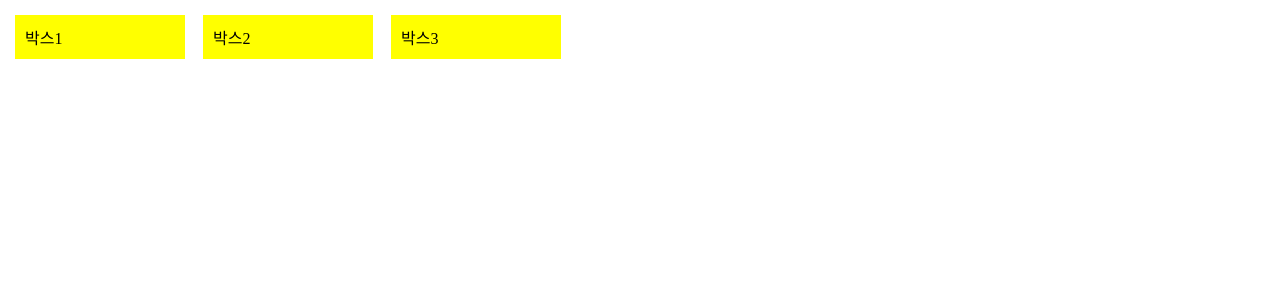
Repository: KimHeonSeung/TJE_HTML
Page: sources/day_04/WebContent/style_16.html
These files come from the project's save history. The page is drawn as it stood at one moment and after the next save; the edit follows.
The browser window is 1280 px wide. The pictures show the whole page.

Above is the page before, as saved 2019-05-15 02:08:24.

### sources/day_04/WebContent/style_16.html
<!DOCTYPE html>
<html>
<head>
<meta charset="UTF-8">
<title>display 속성</title>

<style type = "text/css">
	span {
		margin: 7px;
		padding: 10px;
		background: yellow;

		width: 150px;

		display: inline-block;
	}

	.span_1 {
		display: none;
	}
</style>

</head>
<body>
<!-- span (인라인)은 영역의 크기를 지정X 블럭태그만 가능-->
<!-- 하려면 디스플레이-인라인블럭 사용 -->

<span>박스1</span>
<span>박스2</span>
<span>박스3</span>


</body>
</html>

After the next save:
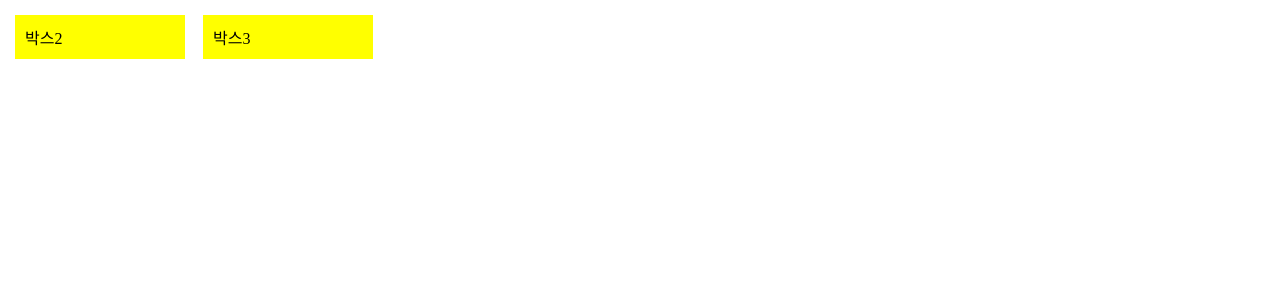
Saved 14 s later.
--- a/sources/day_04/WebContent/style_16.html
+++ b/sources/day_04/WebContent/style_16.html
@@ -25,7 +25,7 @@
 <!-- span (인라인)은 영역의 크기를 지정X 블럭태그만 가능-->
 <!-- 하려면 디스플레이-인라인블럭 사용 -->
 
-<span>박스1</span>
+<span class = "span_1">박스1</span>
 <span>박스2</span>
 <span>박스3</span>
 
